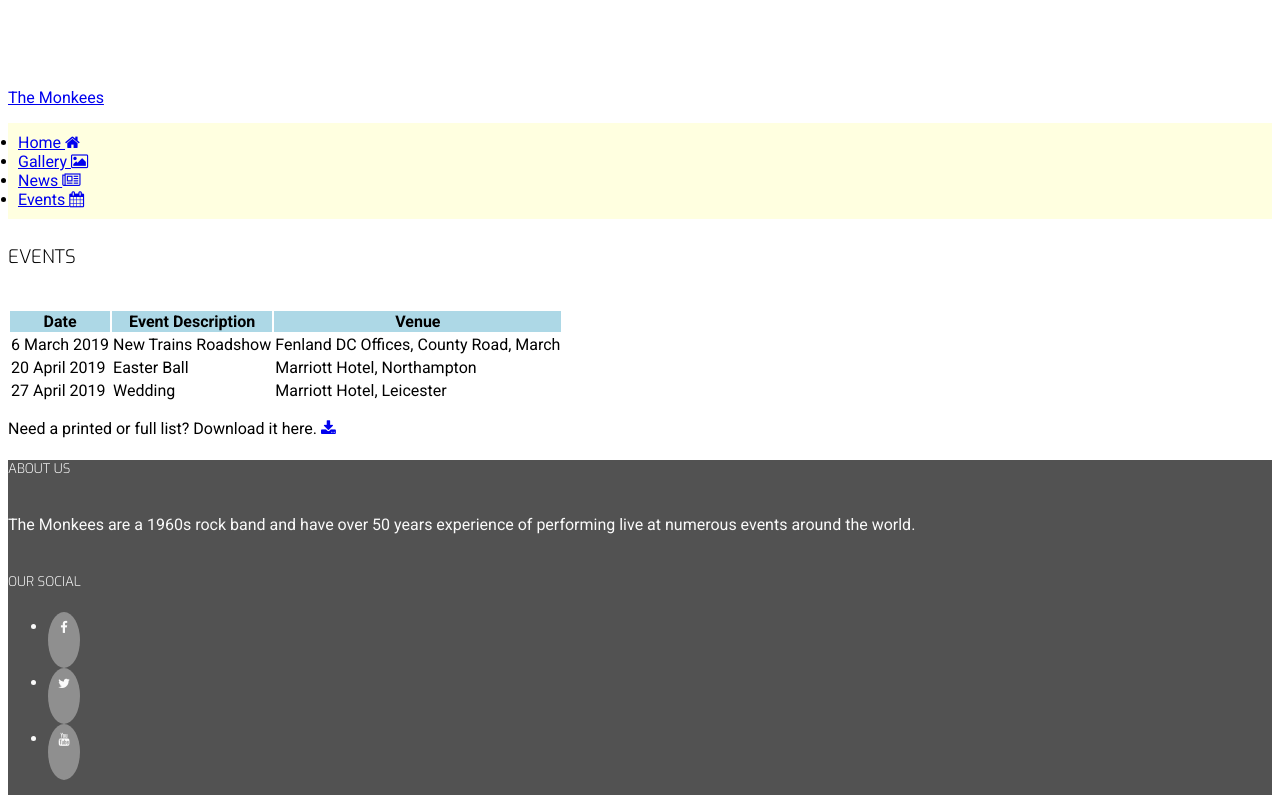
Repository: Code-Institute-Submissions/ucd-band
Page: events.html
The author's editor kept a record of every edit. The page is drawn from the files as they stood at one moment, then again after the next edit.
The browser window is 1280 px wide. The pictures show the whole page.

Above is the page before.

After the next edit:
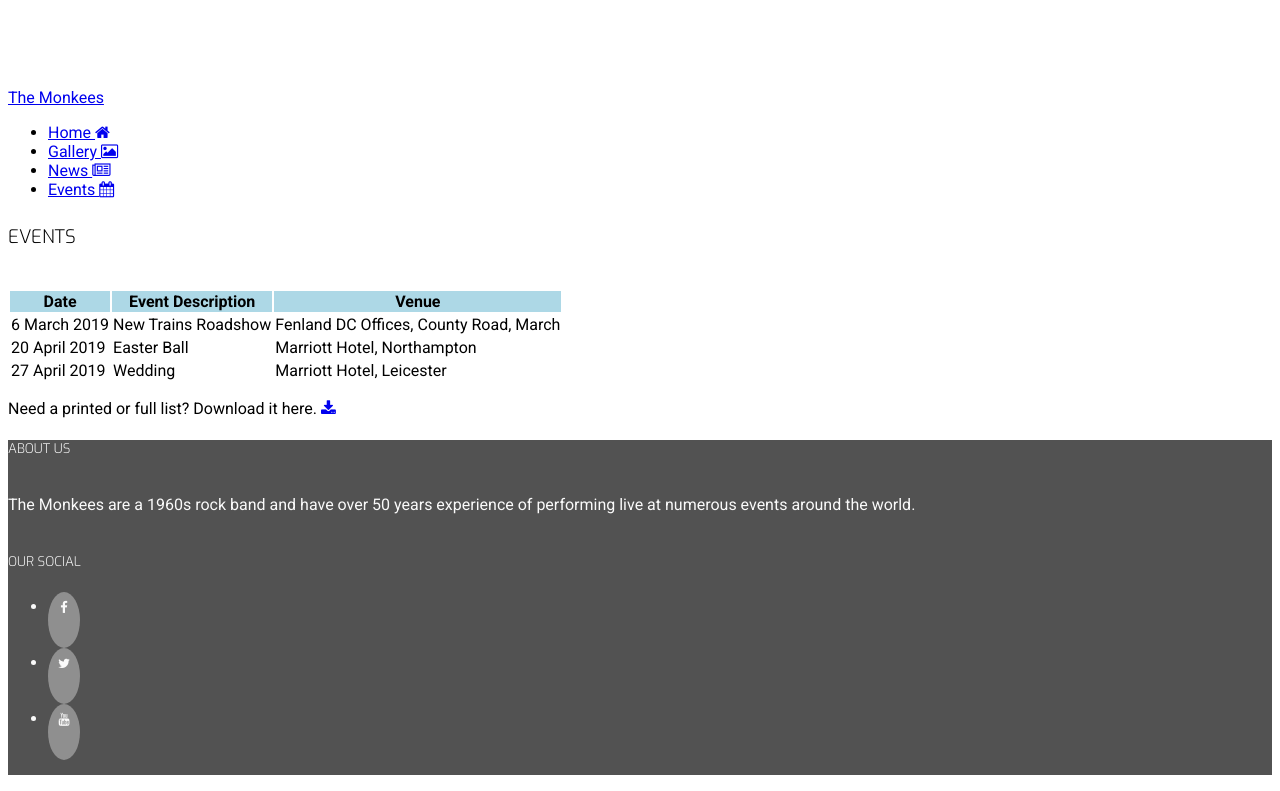
The edit:
--- a/assets/css/style.css
+++ b/assets/css/style.css
@@ -14,12 +14,6 @@
 
 /* Navbar Styles */
 
-.navbar-nav {
-
-    background-color: lightyellow;
-    padding: 10px;
-
-}
 
 .navbar {
 
